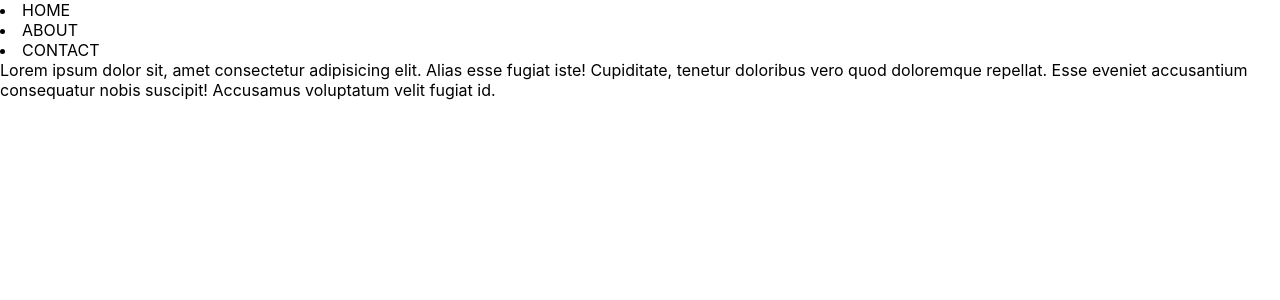
Repository: Aastha1035/React.navbar
Page: /
An editor plug-in stored every save of this project. The page is shown before and after the next save, followed by the edit.
The browser window is 1280 px wide. The pictures show the whole page.
The project was rebuilt for these pictures with package versions that can differ from the ones it lists, and the page was loaded fresh each time. Also part of the build but not shown: src/App.css.

Above is the page before, as saved 2024-07-04 09:28:00.

After the next save:
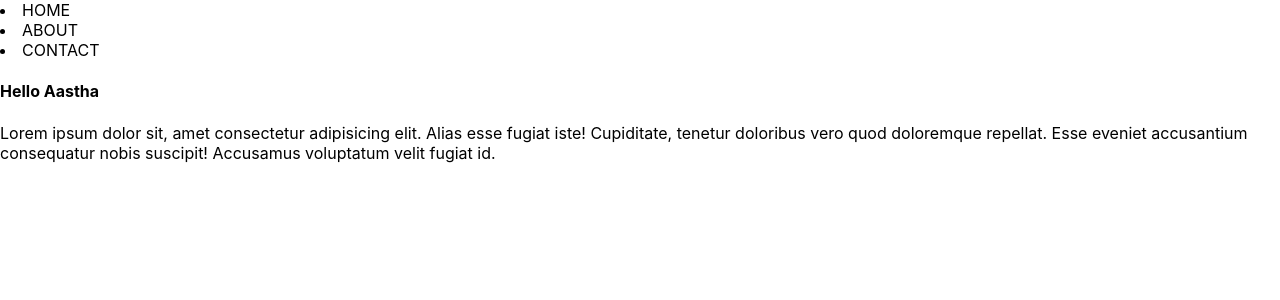
Saved 13 min 36 s later.
--- a/src/App.js
+++ b/src/App.js
@@ -1,12 +1,14 @@
 import logo from './logo.svg';
 import './App.css';
 
+let name="Aastha";
 function App() {
   return (
     <nav>
       <li>HOME</li>
       <li>ABOUT</li>
       <li>CONTACT</li>
+      <h4>Hello {name}</h4>
     <div className="container">Lorem ipsum dolor sit, amet consectetur
       adipisicing elit. Alias esse fugiat iste! Cupiditate,
        tenetur doloribus vero quod doloremque repellat.
